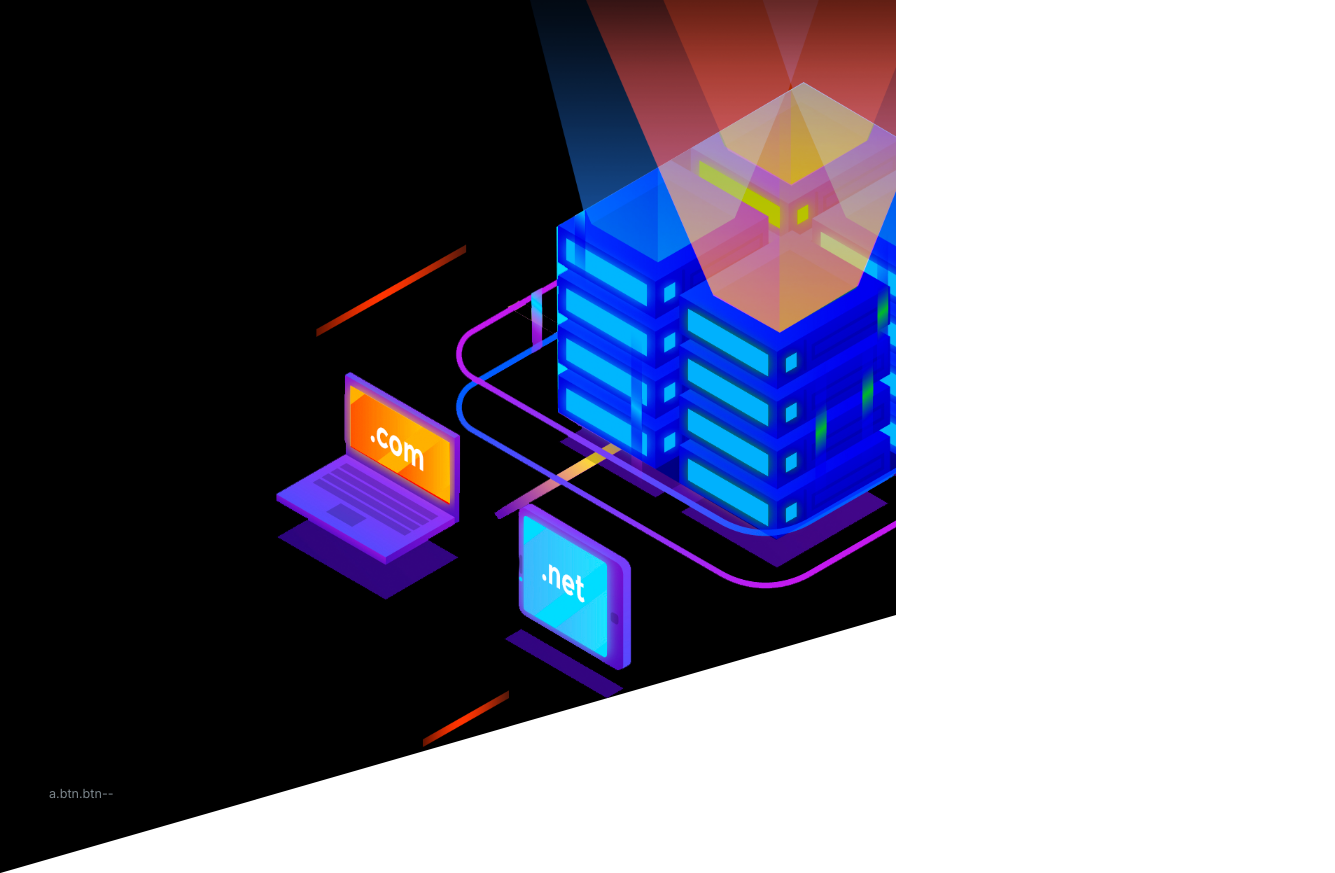
Repository: LeonUIO/first_website
Page: index.html
An editor plug-in stored every save of this project. The page is shown before and after a run of saves, followed by the edit.
The browser window is 1280 px wide. The page is 1907 px wide, so the pictures cover 1907 px, including what lies to the right of the window. The pictures show the part of the page from y = 596 to 1876 px (the page is 1843 px tall before and 1876 px after), at 70% of full size.

Above is the page before, as saved 2021-04-10 16:01:13.

### index.html
<!DOCTYPE html>
<html lang="en">
  <head>
    <meta charset="UTF-8" />
    <meta
      name="viewport"
      content="width=device-width, user-scalable=no, initial-scale=1.0, maximum-scale=1.0, minimum-scale=1.0"
    />
    <meta http-equiv="X-UA-Compatible" content="ie=edge" />
    <title>Document</title>
    <link rel="preconnect" href="https://fonts.gstatic.com" />
    <link
      href="https://fonts.googleapis.com/css2?family=Inter:wght@400;600;700&display=swap"
      rel="stylesheet"
    />
    <link rel="stylesheet" href="css/normalize.css" />
    <link rel="stylesheet" href="css/styles.css" />
  </head>
  <body>
    <section class="block block--dark block--skewed-left">
      <div class="container grid grid--cols-2">
        <div class="hero__content">
          <h1 class="block__heading">Cloud Hosting for Pros</h1>
          <p class="hero__tagline">Deploy your websites in less 60 seconds.</p>
        </div>
        <img src="./images/banner.png" alt="" />
        a.btn.btn--
      </div>
    </section>
    <script src="js/main.js"></script>
  </body>
</html>

### css/styles.css
:root {
  --color-primary: #2584ff;
  --color-secondary: #00d9ff;
  --color-accent: #ff3400;
  --color-headings: #1b0760;
  --color-body: #918ca4;
  --color-body-darker: #5c5577;
  --color-border: #ccc;
  --border-radius: 30px;
}

*,
*::after,
*::before {
  box-sizing: border-box;
}

/* Typography */
html {
  font-size: 62.5%;
}

body {
  font-family: Inter, arial, helvetica, sans-serif;
  color: var(--color-body);
  font-size: 2.4rem;
  line-height: 1.5;
}

h1,
h2,
h3 {
  color: var(--color-headings);
  margin-bottom: 1rem;
  line-height: 1.1;
}

h1 {
  font-size: 7rem;
}

h2 {
  font-size: 4rem;
}

h3 {
  font-size: 3rem;
}

@media screen and (min-width: 1024px) {
  body {
    font-size: 1.8rem;
  }

  h1 {
    font-size: 8rem;
  }

  h2 {
    font-size: 4rem;
  }

  h3 {
    font-size: 2.4rem;
  }
}

/* Links */
a {
  text-decoration: none;
}

.link-arrow {
  color: var(--color-accent);
  font-size: 2rem;
  font-weight: bold;
}

.link-arrow::after {
  content: "-->";
  margin-left: 5px;
  transition: margin-left 0.15s;
}

.link-arrow:hover::after {
  margin-left: 10px;
}

@media screen and (min-width: 1024px) {
  .link-arrow {
    font: size 1.5em;
  }
}

/* Badges */
.badge {
  white-space: nowrap;
  padding: 0.5rem 2rem;
  font-weight: 600;
  border-radius: 20px;
  font-size: 2rem;
}

.badge--primary {
  background: var(--color-primary);
  color: #fff;
}

.badge--secondary {
  background: var(--color-secondary);
  color: #fff;
}

.badge--small {
  font-size: 1.6rem;
}

@media screen and (min-width: 1024px) {
  .badge {
    font-size: 1.5rem;
  }

  .badge--small {
    font-size: 1.2rem;
  }
}

/* Lists */
.list {
  list-style: none;
  color: var(--color-headings);
  padding-left: 0;
}

.list--inline .list__item {
  display: inline-block;
  margin-right: 2rem;
}

.list--tick {
  list-style-image: url(../images/tick.svg);
  padding-left: 3rem;
}

.list--tick .list__item {
  margin-bottom: 1rem;
  padding-left: 0.5rem;
}

@media screen and (min-width: 1024px) {
  .list--tick .list__item {
    padding-left: 0;
  }
}

/* Icons */
.icon {
  width: 40px;
  height: 40px;
}

.icon--small {
  width: 30px;
  height: 30px;
}

.icon--primary {
  fill: var(--color-primary);
}

.icon--white {
  fill: #fff;
}

.icon-container {
  width: 64px;
  height: 64px;
  border-radius: 100%;
  background: #f3f9fa;
  display: inline-flex;
  justify-content: center;
  align-items: center;
}

.icon-container--accent {
  background: var(--color-accent);
}

/* Buttons */
.btn {
  border-radius: 40px;
  border: 0;
  cursor: pointer;
  font-size: 1.8rem;
  font-weight: 600;
  margin: 1rem 0;
  padding: 2rem 3rem;
  text-transform: uppercase;
  text-align: center;
  white-space: nowrap;
}

.btn--primary {
  background: var(--color-primary);
  color: #fff;
}

.btn--primary:hover {
  background: #3a8ffd;
}

.btn--secondary {
  background: var(--color-secondary);
  color: #fff;
}

.btn--secondary:hover {
  background: #00c8eb;
}

.btn--accent {
  background: var(--color-accent);
  color: #fff;
}

.btn--accent:hover {
  background: #ec3000;
}

.btn--stretched {
  padding-left: 6rem;
  padding-right: 6rem;
}

.btn--block {
  width: 100%;
  display: inline-block;
}

.btn--outline {
  background: #fff;
  color: var(--color-headings);
  border: 2px solid var(--color-headings);
}

.btn--outline:hover {
  background: var(--color-headings);
  color: #fff;
}

@media screen and (min-width: 1024px) {
  .btn {
    font-size: 1.5rem;
  }
}

/* Inputs */
.input {
  border-radius: var(--border-radius);
  border: 1px solid var(--color-border);
  color: var(--color-headings);
  font-size: 2rem;
  outline: 0;
  padding: 1.5rem 3.5rem;
}

::placeholder {
  color: #cdcbd7;
}

.input-group {
  border-radius: var(--border-radius);
  border: 2px solid var(--color-border);
  display: flex;
}

.input-group .input {
  border: 0;
  flex-grow: 1;
  padding: 1.5rem 1rem;
}

.input-group .btn {
  margin: 4px;
}

@media screen and (min-width: 1024px) {
  .input {
    font-size: 1.5rem;
  }
}

/* Cards */
.card {
  border-radius: 7px;
  box-shadow: 0 0 20px 10px #f3f3f3;
  overflow: hidden;
}

.card__header,
.card__body {
  padding: 2rem 3rem;
}

.card--primary .card__header {
  background: var(--color-primary);
  color: #fff;
}

.card--secondary .card__header {
  background: var(--color-secondary);
  color: #fff;
}

/* Plans */
.plan__name {
  color: #fff;
  margin: 0;
  font-weight: 500;
  font-size: 2.4rem;
}

.plan__price {
  font-size: 6rem;
}

.plan__billing-cycle {
  font-size: 2.4rem;
  font-weight: 300;
  opacity: 0.8;
  margin-right: 1rem;
}

.plan__description {
  font-size: 2rem;
  font-weight: 300;
  letter-spacing: 1px;
  display: block;
}

.plan .list__item {
  margin-bottom: 2rem;
}

.plan--popular .card__header {
  position: relative;
}

.plan--popular .card__header::before {
  content: url(../images/popular.svg);
  width: 40px;
  display: inline-block;
  position: absolute;
  top: -6px;
  right: 5%;
}

@media screen and (min-width: 1024px) {
  .plan__name {
    font-size: 1.4rem;
  }

  .plan__price {
    font-size: 5rem;
  }

  .plan__billing-cycle {
    font-size: 1.6rem;
  }

  .plan__description {
    font-size: 1.7rem;
  }
}

/* Media */
.media {
  display: flex;
}

.media__title {
  margin-top: 0;
}

.media__body {
  margin: 0 2rem;
}

.media__image {
  margin-top: 1rem;
}

/* Quotes */
.quote {
  font-size: 3rem;
  color: var(--color-body-darker);
  font-style: italic;
  line-height: 1.3;
}

.quote__text::before {
  content: open-quote;
}

.quote__text::after {
  content: close-quote;
}

.quote__footer {
  font-style: normal;
}

.quote--line {
  position: relative;
  bottom: 10px;
}

.quote__author {
  font-size: 3rem;
  font-weight: 500;
  margin-bottom: 0;
}

.quote__company {
  color: var(--color-headings);
  margin-top: 0;
  font-size: 2rem;
  opacity: 0.4;
}

@media screen and (min-width: 1024px) {
  .quote {
    font-size: 2rem;
  }

  .quote__author {
    font-size: 2.4rem;
  }

  .quote__company {
    font-size: 1.6rem;
  }
}

/* Grids */
.grid {
  display: grid;
}

@media screen and (min-width: 768px) {
  .grid--cols-2 {
    grid-template-columns: repeat(2, 1fr);
  }
}
@media screen and (min-width: 1024px) {
  .grid--cols-3 {
    grid-template-columns: repeat(3, 1fr);
  }
}

/* Testimonial */
.testimonial {
  padding: 3rem;
}

.testimonial__image > img {
  width: 100%;
}

.testimonial__image {
  position: relative;
}

.testimonial__image > .icon-container {
  position: absolute;
  top: 3rem;
  right: -32px;
}

@media screen and (min-width: 768px) {
  .testimonial .quote,
  .testimonial .quote__author {
    font-size: 2.4rem;
  }

  .testimonial .quote {
    margin-left: 6rem;
  }
}

@media screen and (max-width: 768px) {
  .testimonial .icon-container {
    width: 60px;
    height: 60px;
  }
  .testimonial__image > .icon-container {
    position: absolute;
    top: 3rem;
    right: -30px;
  }
}

/* Callouts */
.callout {
  border-radius: 5px;
  padding: 4rem;
}

.callout--primary {
  background: var(--color-primary);
  color: #fff;
}

.callout__heading {
  margin-top: 0;
  font-size: 3rem;
  color: #fff;
}

.callout__content {
  text-align: center;
}

.callout .btn {
  justify-self: center;
  align-self: center;
}

@media (min-width: 768px) {
  .callout .grid--cols-2 {
    grid-template-columns: 1fr auto;
  }

  .callout__content {
    text-align: left;
  }

  .callout .btn {
    justify-self: start;
    margin: 0 2rem;
  }
}

/* Collapsibles */
.collapsible__header {
  display: flex;
  justify-content: space-between;
}

.collapsible__heading {
  margin-top: 0;
  font-size: 3rem;
}

.collapsible--chevron {
  transform: rotate(-90deg);
}

.collapsible__content {
  max-height: 0;
  overflow: hidden;
  opacity: 0;
  transition: all 0.3s;
}

.collapsible--expanded .collapsible--chevron {
  transform: rotate(0);
}

.collapsible--expanded .collapsible__content {
  max-height: 100vh;
  opacity: 1;
}

/* Blocks */
.block {
  --padding-vertical: 6rem;
  padding: var(--padding-vertical) 2rem;
}

.block__header {
  text-align: center;
}

.block__heading {
  margin-top: 0;
}

.block--dark {
  background: #000;
  color: #7b858b;
}

.block--dark .block__heading {
  color: #fff;
}

.block--skewed-right {
  padding-bottom: calc(var(--padding-vertical) + 4rem);
  clip-path: polygon(0% 0%, 100% 0%, 100% 100%, 0% 80%);
}

.block--skewed-left {
  padding-bottom: calc(var(--padding-vertical) + 4rem);
  clip-path: polygon(0% 0%, 100% 0%, 100% 80%, 0% 100%);
}

.container {
  max-width: 1140px;
  margin: 0 auto;
}

/* Navigation Bar */
.nav {
  background: #000;
  display: flex;
  justify-content: space-between;
  flex-wrap: wrap;
  padding: 0 1rem;
  align-items: center;
}

.nav__list {
  width: 100%;
  margin: 0;
}

.nav__item {
  border-bottom: 1px solid #222;
  padding: 0.5rem 2rem;
}

.nav__item > a {
  color: #d2d0db;
  transition: color 0.3s;
}

.nav__item > a:hover {
  color: #fff;
}

.nav__toggler {
  opacity: 0.5;
  transition: box-shadow 0.15s;
  cursor: pointer;
}

.nav.collapsible--expanded .nav__toggler {
  opacity: 1;
  box-shadow: 0 0 0 3px #666;
  border-radius: 5px;
}

.nav__brand {
  transform: translateY(5px);
}

@media screen and (min-width: 768px) {
  .nav__toggler {
    display: none;
  }

  .nav__list {
    width: auto;
    display: flex;
    font-size: 1.6rem;
    max-height: 100%;
    opacity: 1;
  }

  .nav__item {
    border: 0;
  }
}

Loaded but not shown: css/normalize.css (library); js/main.js (common file)

After the next 7 saves:
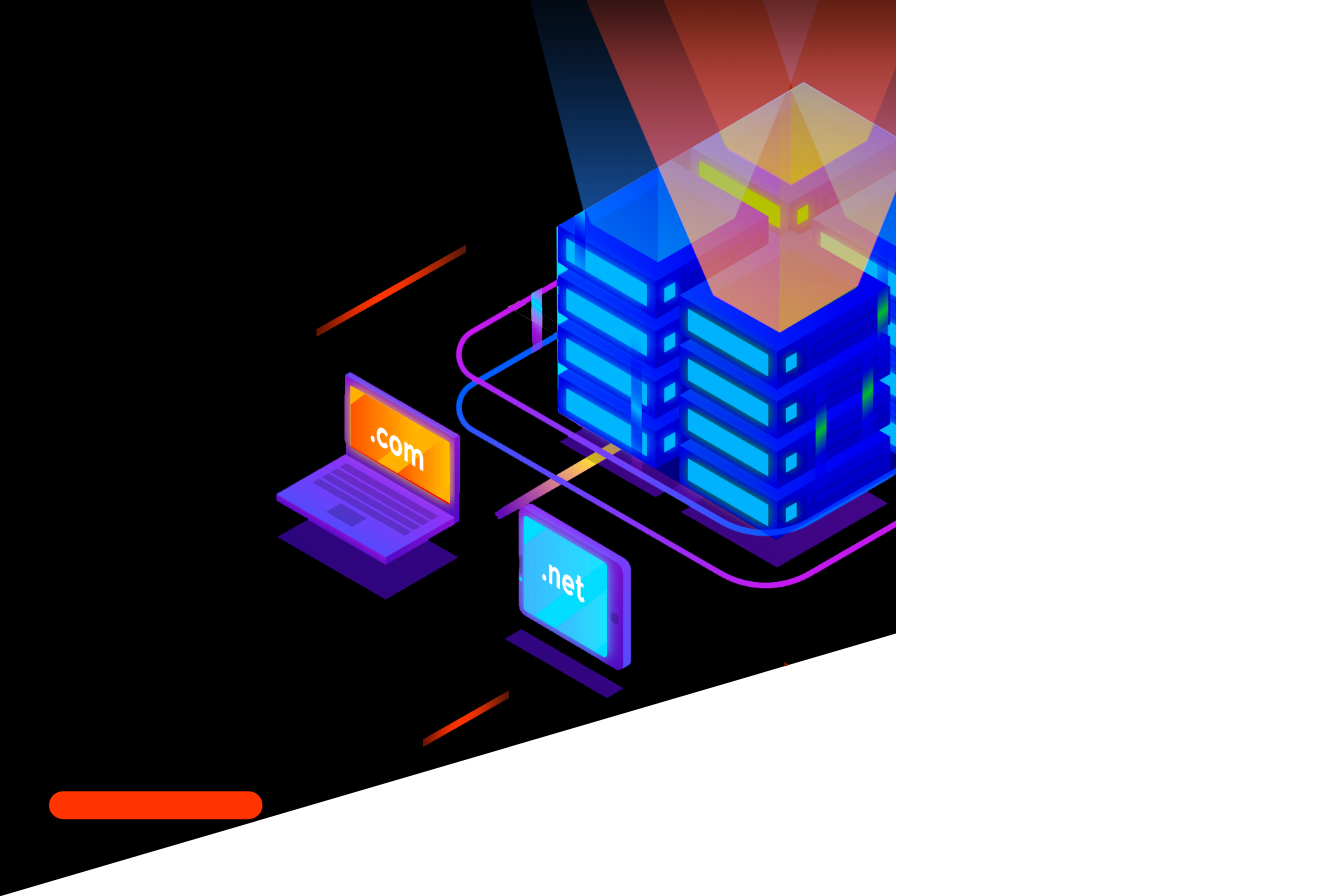
The 7 saves are shown as one change because they came seconds apart.
The last was saved 17 s later.
--- a/index.html
+++ b/index.html
@@ -24,7 +24,7 @@
           <p class="hero__tagline">Deploy your websites in less 60 seconds.</p>
         </div>
         <img src="./images/banner.png" alt="" />
-        a.btn.btn--
+        <a href="" class="btn btn--accent btn--stretched"></a>
       </div>
     </section>
     <script src="js/main.js"></script>
